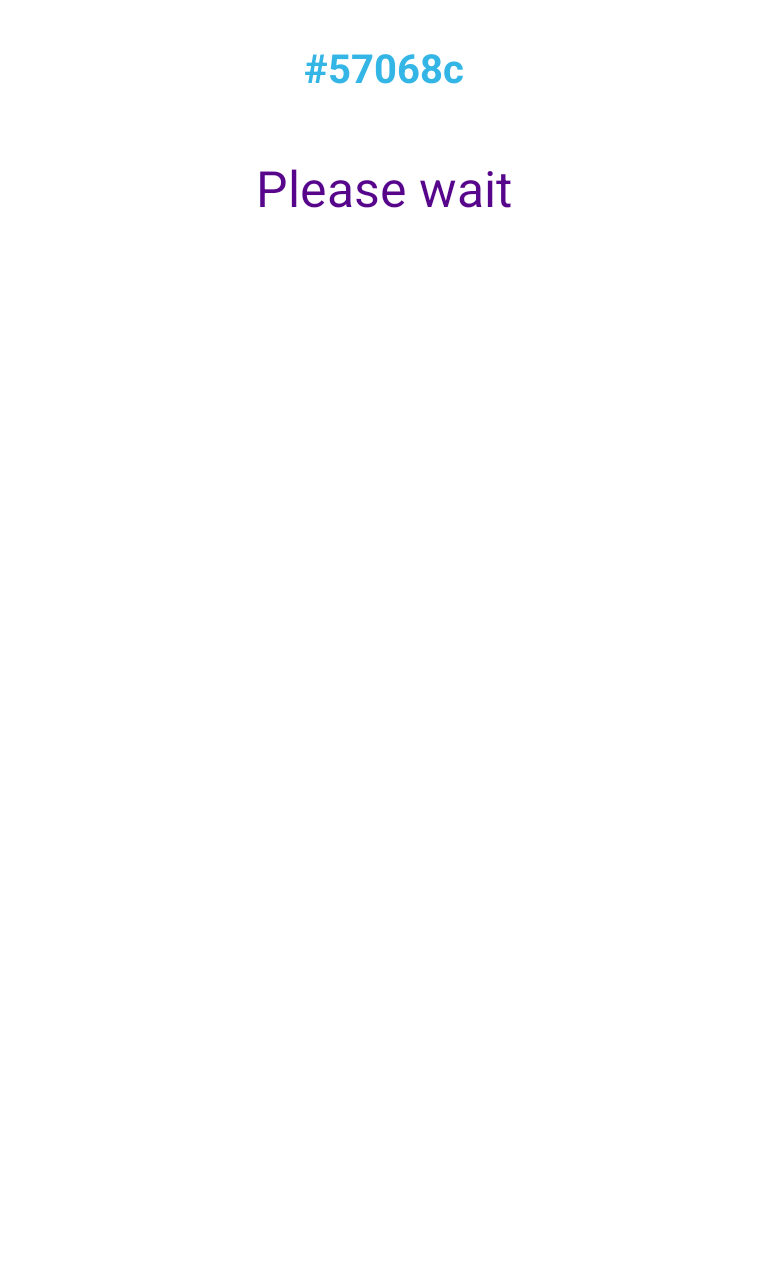
Repository: fareehaamjad/SMI-final
Layout: SecureMobileIdentity/res/layout/activity_main.xml
An editor plug-in stored every save of this project. The layout is shown before and after the next save, followed by the edit.
It is drawn on a 768 x 1280 px phone screen (xhdpi) without system bars, with theme AppTheme; the app's code is not run. Lists and similar views that code fills are empty.

Above is the layout before, as saved 2015-08-22 08:35:39.

### SecureMobileIdentity/res/layout/activity_main.xml
<LinearLayout xmlns:android="http://schemas.android.com/apk/res/android"
    xmlns:tools="http://schemas.android.com/tools"
    android:layout_width="fill_parent"
    android:layout_height="fill_parent"
    android:background="#ffffff"
    android:orientation="vertical"
    android:paddingBottom="10dp" >

    <LinearLayout
        android:id="@+id/ll_main"
        android:layout_width="fill_parent"
        android:layout_height="fill_parent"
        android:orientation="vertical"
        android:visibility="gone" >

        <LinearLayout
            android:layout_width="fill_parent"
            android:layout_height="wrap_content"
            android:background="#33B5E5"
            android:gravity="center_horizontal"
            android:paddingBottom="10dp"
            android:paddingTop="10dp" >

            <TextView
                android:id="@+id/textView1"
                android:layout_width="wrap_content"
                android:layout_height="wrap_content"
                android:text="New Chat"
                android:textColor="#ffffff"
                android:textSize="15dp"
                android:textStyle="bold" />
        </LinearLayout>

        <View
            android:layout_width="match_parent"
            android:layout_height="10dp" />
        <!-- Editext for Search -->

        <LinearLayout
            android:layout_width="fill_parent"
            android:layout_height="wrap_content"
            android:orientation="vertical"
            android:paddingBottom="10dp"
            android:paddingLeft="5dp"
            android:paddingRight="5dp" >

            <EditText
                android:id="@+id/et_inputSearch"
                android:layout_width="fill_parent"
                android:layout_height="wrap_content"
                android:drawableLeft="@drawable/ic_search_black_24dp"
                android:hint="Search.."
                android:inputType="textVisiblePassword" />

            <View
                android:layout_width="match_parent"
                android:layout_height="10dp" />

            <!-- List View -->

            <ListView
                android:id="@+id/lv_list_view"
                android:layout_width="fill_parent"
                android:layout_height="wrap_content" />
        </LinearLayout>
    </LinearLayout>

    <LinearLayout
        android:id="@+id/linlaHeaderProgress"
        android:layout_width="fill_parent"
        android:layout_height="fill_parent"
        android:orientation="vertical"
        android:paddingLeft="10dp"
        android:paddingRight="10dp"
        android:paddingTop="20dp"
        android:visibility="visible" >

        <TextView
            android:layout_width="wrap_content"
            android:layout_height="wrap_content"
            android:layout_gravity="center_horizontal"
            android:text="@color/purple"
            android:textColor="#33B5E5"
            android:textSize="20dp"
            android:textStyle="bold" />

        <TextView
            android:layout_width="wrap_content"
            android:layout_height="wrap_content"
            android:layout_gravity="center_horizontal"
            android:layout_marginTop="20dp"
            android:paddingTop="10dp"
            android:text="Please wait"
            android:textColor="@color/purple"
            android:textSize="25sp" />

        <View
            android:layout_width="fill_parent"
            android:layout_height="40dp" />

        <ProgressBar
            android:id="@+id/pbHeaderProgress"
            style="?android:attr/progressBarStyleLarge"
            android:layout_width="wrap_content"
            android:layout_height="wrap_content"
            android:layout_gravity="center"
            android:layout_weight="1" />
    </LinearLayout>

</LinearLayout>

### SecureMobileIdentity/res/values/styles.xml
<resources>

    <!--
        Base application theme, dependent on API level. This theme is replaced
        by AppBaseTheme from res/values-vXX/styles.xml on newer devices.

    -->
    <style name="AppBaseTheme" parent="Theme.AppCompat.Light">
        <!--
            Theme customizations available in newer API levels can go in
            res/values-vXX/styles.xml, while customizations related to
            backward-compatibility can go here.

        -->
    </style>

    <!-- Application theme. -->
    <style name="AppTheme" parent="AppBaseTheme">
        <!-- All customizations that are NOT specific to a particular API-level can go here. -->
    </style>

    <style name="chat_text_message_style">
        <item name="android:layout_width">wrap_content</item>
        <item name="android:layout_height">wrap_content</item>
        <item name="android:paddingTop">5dp</item>
        <item name="android:paddingBottom">5dp</item>
        <item name="android:paddingLeft">8dp</item>
        <item name="android:paddingRight">8dp</item>
        <item name="android:textSize">16sp</item>
        <item name="android:textColor">@android:color/black</item>
    </style>

    <style name="chat_timings">
        <item name="android:layout_width">wrap_content</item>
        <item name="android:layout_height">wrap_content</item>
        <item name="android:textSize">12sp</item>
    </style>

</resources>

### SecureMobileIdentity/res/values/colors.xml
<?xml version="1.0" encoding="utf-8"?>
<resources>
    <item name="textColor" type="color">#000000</item>
    <color name="textShadow">#FFF</color>
    <color name="blue">#33B5E5</color>
    <color name="purple">#57068c</color>
</resources>

Loaded but not shown: SecureMobileIdentity/res/values-v11/styles.xml (common file); SecureMobileIdentity/res/values-v14/styles.xml (common file)

After the next save:
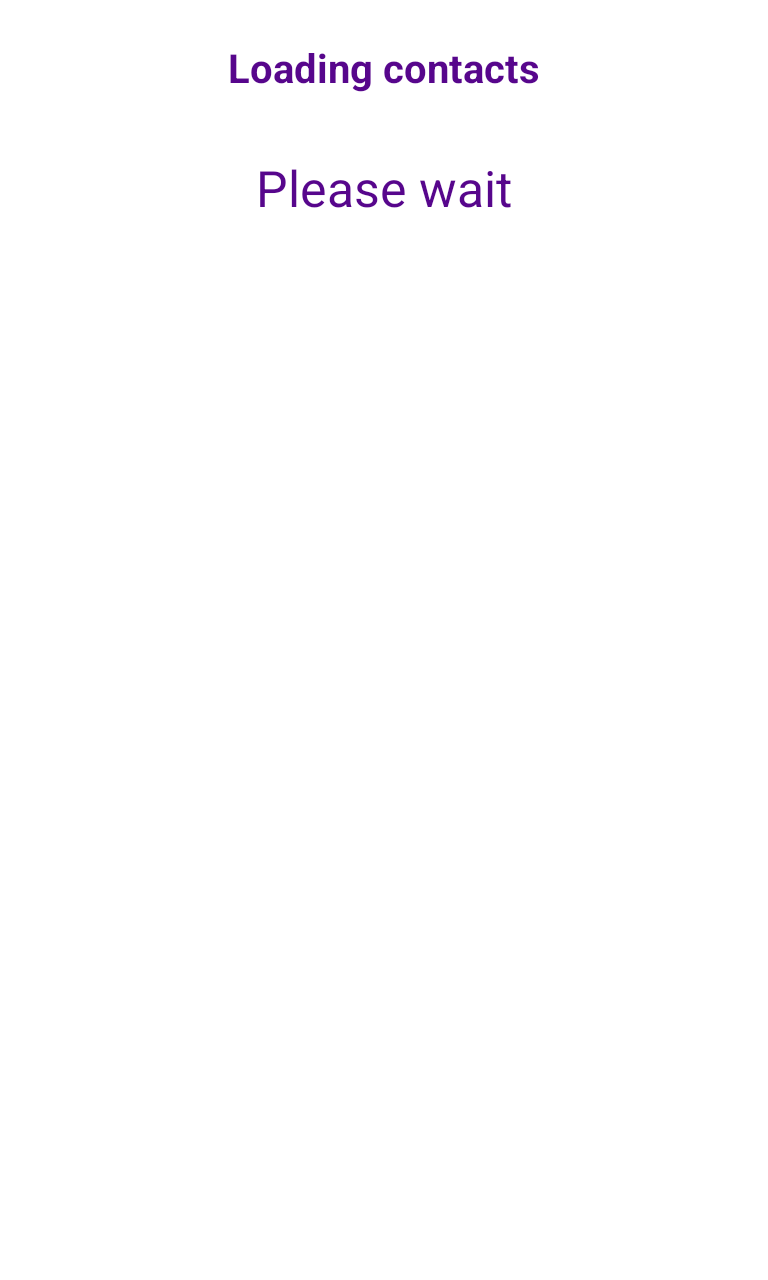
Saved 29 s later.
--- a/SecureMobileIdentity/res/layout/activity_main.xml
+++ b/SecureMobileIdentity/res/layout/activity_main.xml
@@ -79,8 +79,8 @@
             android:layout_width="wrap_content"
             android:layout_height="wrap_content"
             android:layout_gravity="center_horizontal"
-            android:text="@color/purple"
-            android:textColor="#33B5E5"
+            android:text="Loading contacts"
+            android:textColor="@color/purple"
             android:textSize="20dp"
             android:textStyle="bold" />
 
